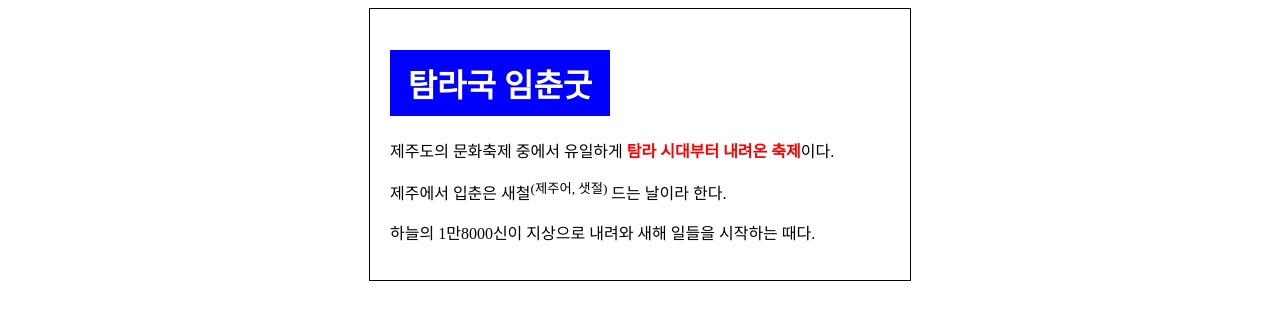
Repository: dudadab/Hhyundaiezwel_Academy
Page: CSS01/src/main/webapp/test2.html
These files come from the project's save history. The page is drawn as it stood at one moment and after the next save; the edit follows.
The browser window is 1280 px wide. The pictures show the whole page.

Above is the page before, as saved 2025-07-02 06:57:43.

### CSS01/src/main/webapp/test2.html
<!DOCTYPE html>
<html>
<head>
<meta charset="UTF-8">
<title>Insert title here</title>
	<style>
		#container{
			width:500px;
			margin:0 auto;
			border: solid 1px #000;
			padding: 20px;
		}
		h1{
			background-color:blue;
			color:white;
			text-align:center;
			width:200px;
			padding:10px;
		}

		span{
			color:red;
			font-weight:bold;
		}

	</style>
</head>
<body>
	<div id="container">
		<h1>탐라국 임춘굿</h1>
		<p>제주도의 문화축제 중에서 유일하게 <span>탐라 시대부터 내려온 축제</span>이다.</p>
		<p>제주에서 입춘은 새철<sup>(제주어, 샛절)</sup> 드는 날이라 한다.</p>
		<p>하늘의 1만8000신이 지상으로 내려와 새해 일들을 시작하는 때다.</p>
	</div>
</body>
</html>

After the next save:
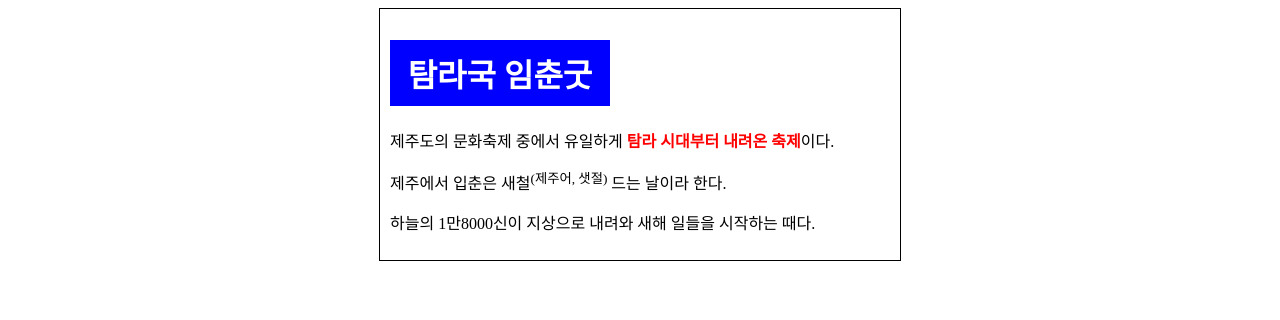
Saved 22 s later.
--- a/CSS01/src/main/webapp/test2.html
+++ b/CSS01/src/main/webapp/test2.html
@@ -8,7 +8,7 @@
 			width:500px;
 			margin:0 auto;
 			border: solid 1px #000;
-			padding: 20px;
+			padding: 10px;
 		}
 		h1{
 			background-color:blue;
